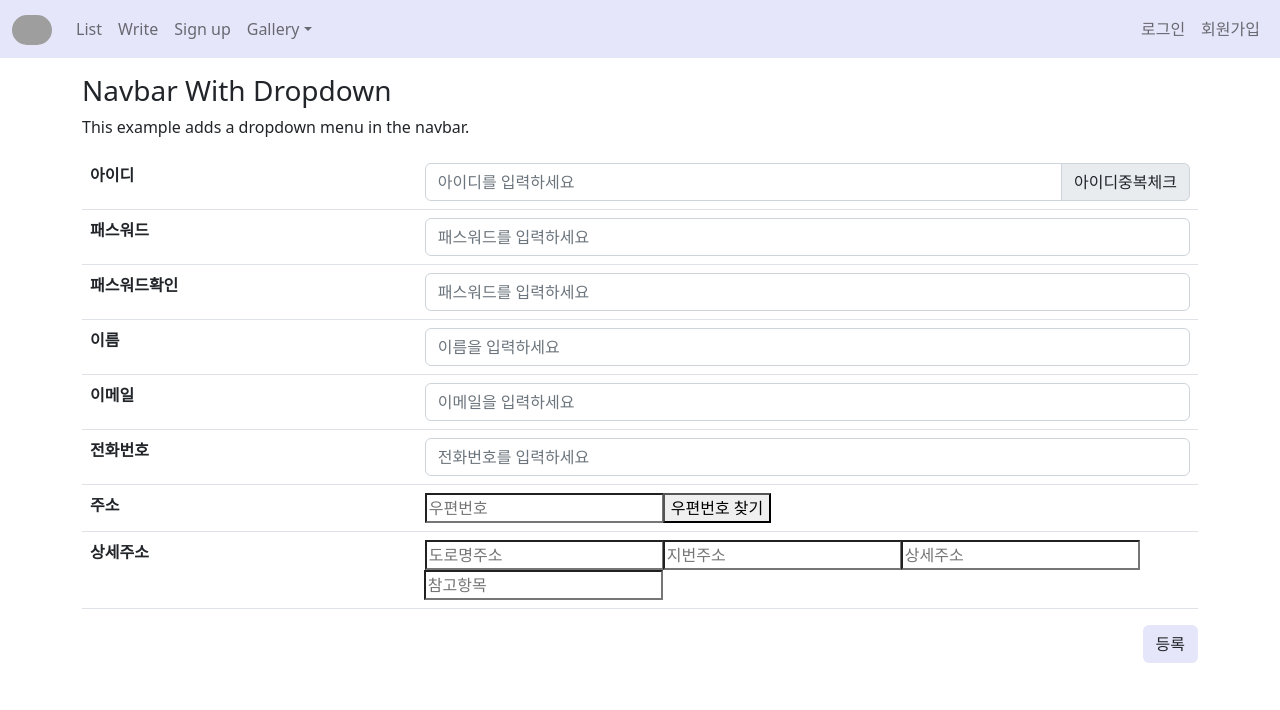
Repository: kwakhimoly/ws_backup
Page: http://localhost/myapp3/WEB-INF/views/member/member_write.jsp
These files come from the project's save history. The page is drawn as it stood at one moment and after the next save; the edit follows.
The browser window is 1280 px wide. The pictures show the whole page.
Pictures or frames that could not be fetched are drawn as grey boxes. The page is served by Tomcat 9. Nobody is signed in. Other server files are loaded and not shown. The template is opened directly, without the code that normally fills it, so the values that code supplies are empty.

Above is the page before, as saved 2023-02-13 06:21:44.

### spws/myapp3/src/main/webapp/WEB-INF/views/member/member_write.jsp
<%@ page language="java" contentType="text/html; charset=UTF-8"
	pageEncoding="UTF-8"%>
<!DOCTYPE html>
<html>
<head>
<meta charset="UTF-8">
<title>Insert title here</title>
<meta name="viewport" content="width=device-width, initial-scale=1">
<link
	href="https://cdn.jsdelivr.net/npm/bootstrap@5.2.3/dist/css/bootstrap.min.css"
	rel="stylesheet">
<script src="https://cdn.jsdelivr.net/npm/bootstrap@5.2.3/dist/js/bootstrap.bundle.min.js"></script>
<script src="https://ajax.googleapis.com/ajax/libs/jquery/3.6.1/jquery.min.js"></script>
<script src="//t1.daumcdn.net/mapjsapi/bundle/postcode/prod/postcode.v2.js"></script>
</head>
<body>
	<form name="myform" id="myform">
		<input type="hidden" name="idcheck" id="idcheck" value="N">
		<!-- 메뉴 -->
		<%@ include file="../include/navbar.jsp"%>



		<div class="container mt-3">
			<h3>Navbar With Dropdown</h3>
			<p>This example adds a dropdown menu in the navbar.</p>


			<table class="table">
				<colgroup>
					<col width="30%">
					<col width="*">
				</colgroup>
				<tbody>
					<tr>
						<th>아이디</th>
						<td>
							<div class="input-group">
								<input type="text" class="form-control" placeholder="아이디를 입력하세요"
									name="user_id" id="user_id"> <button type="button"
									class="input-group-text" onclick="goIdcheck()">아이디중복체크</button>
							</div>
						</td>
					</tr>
					<tr>
						<th>패스워드</th>
						<td>
							<div class="input-group">
								<input type="password" class="form-control"
									placeholder="패스워드를 입력하세요" name="password" id="password">
							</div>
						</td>
					</tr>
					<tr>
						<th>패스워드확인</th>
						<td>
							<div class="input-group">
								<input type="password" class="form-control"
									placeholder="패스워드를 입력하세요" name="password2" id="password2">
							</div>
						</td>
					</tr>
					<tr>
						<th>이름</th>
						<td>
							<div class="input-group">
								<input type="text" class="form-control" placeholder="이름을 입력하세요"
									name="user_name" id="user_name">
							</div>
						</td>
					</tr>
					<tr>
						<th>이메일</th>
						<td>
							<div class="input-group">
								<input type="email" class="form-control" placeholder="이메일을 입력하세요"
									name="email" id="email">
							</div>
						</td>
					</tr>
					<tr>
						<th>전화번호</th>
						<td>
							<div class="input-group">
								<input type="tel" class="form-control" placeholder="전화번호를 입력하세요"
									name="phone" id="phone">
							</div>
						</td>
					</tr>
					<tr>
						<th>주소</th>
						<td>
					<div class="input-group">
						<input type="text" id="sample4_postcode" placeholder="우편번호">
						<input type="button" onclick="sample4_execDaumPostcode()" value="우편번호 찾기">
					</div>
						</td>
					</tr>

					<tr>
						<th>상세주소</th>
						<td>
					<div class="input-group">
						<input type="text" id="sample4_roadAddress" placeholder="도로명주소">
						<input type="text" id="sample4_jibunAddress" placeholder="지번주소">
						<span id="guide" style="color:#999;display:none"></span>
						<input type="text" id="sample4_detailAddress" placeholder="상세주소">
						<input type="text" id="sample4_extraAddress" placeholder="참고항목">
					</div>
						</td>
					</tr>
				</tbody>
			</table>
		</div>

		</div>

		<div class="container" style="text-align: right">
			<button type="button" class="btn" style="background-color: lavender" onclick="goSave()">등록</button>
		</div>
	</form>
</body>


<script>
    //본 예제에서는 도로명 주소 표기 방식에 대한 법령에 따라, 내려오는 데이터를 조합하여 올바른 주소를 구성하는 방법을 설명합니다.
    function sample4_execDaumPostcode() {
        new daum.Postcode({
            oncomplete: function(data) {
                // 팝업에서 검색결과 항목을 클릭했을때 실행할 코드를 작성하는 부분.

                // 도로명 주소의 노출 규칙에 따라 주소를 표시한다.
                // 내려오는 변수가 값이 없는 경우엔 공백('')값을 가지므로, 이를 참고하여 분기 한다.
                var roadAddr = data.roadAddress; // 도로명 주소 변수
                var extraRoadAddr = ''; // 참고 항목 변수

                // 법정동명이 있을 경우 추가한다. (법정리는 제외)
                // 법정동의 경우 마지막 문자가 "동/로/가"로 끝난다.
                if(data.bname !== '' && /[동|로|가]$/g.test(data.bname)){
                    extraRoadAddr += data.bname;
                }
                // 건물명이 있고, 공동주택일 경우 추가한다.
                if(data.buildingName !== '' && data.apartment === 'Y'){
                   extraRoadAddr += (extraRoadAddr !== '' ? ', ' + data.buildingName : data.buildingName);
                }
                // 표시할 참고항목이 있을 경우, 괄호까지 추가한 최종 문자열을 만든다.
                if(extraRoadAddr !== ''){
                    extraRoadAddr = ' (' + extraRoadAddr + ')';
                }

                // 우편번호와 주소 정보를 해당 필드에 넣는다.
                document.getElementById('sample4_postcode').value = data.zonecode;
                document.getElementById("sample4_roadAddress").value = roadAddr;
                document.getElementById("sample4_jibunAddress").value = data.jibunAddress;

                // 참고항목 문자열이 있을 경우 해당 필드에 넣는다.
                if(roadAddr !== ''){
                    document.getElementById("sample4_extraAddress").value = extraRoadAddr;
                } else {
                    document.getElementById("sample4_extraAddress").value = '';
                }

                var guideTextBox = document.getElementById("guide");
                // 사용자가 '선택 안함'을 클릭한 경우, 예상 주소라는 표시를 해준다.
                if(data.autoRoadAddress) {
                    var expRoadAddr = data.autoRoadAddress + extraRoadAddr;
                    guideTextBox.innerHTML = '(예상 도로명 주소 : ' + expRoadAddr + ')';
                    guideTextBox.style.display = 'block';

                } else if(data.autoJibunAddress) {
                    var expJibunAddr = data.autoJibunAddress;
                    guideTextBox.innerHTML = '(예상 지번 주소 : ' + expJibunAddr + ')';
                    guideTextBox.style.display = 'block';
                } else {
                    guideTextBox.innerHTML = '';
                    guideTextBox.style.display = 'none';
                }
            }
        }).open();
    }

function goSave() {
	if($("#idcheck").val()=="N"){
		alert("아이디 중복체크를 하세요");
		$("#user_id").focus();
		return;
	}
	var frm = document.myform;
	frm.action="<%=request.getContextPath()%>/member/save";
//	$("#user_id").prop("disabled", false);
//		-> disabled 쓰고 싶은데 폼 전송으로 값 전달도 해야 하면 submit 전에 disabled 해제
	frm.submit();
}
function goIdcheck(){
	let user_id = $("#user_id").val().trim();

	if(user_id==""){
		alert("아이디를 입력하세요");
		$("#user_id").focus();
		return;
	}

	$.ajax({
		url:"<%=request.getContextPath()%>/member/idcheck",
		data: {"user_id":user_id},
		method: "POST",
		dataType: "JSON"
	})
	.done(function (response){
		if(response.result=="success"){
			$("#idcheck").val("Y");
			$("#user_id").prop("readonly", true);
			/*
			prop("disabled",true)로 하면 파라미터 값이 안 넘어감
			readonly : input type="text" 에만 가능. 사용자는 value 값을 변경할 수 없음.
			disabled : 모든 input 객체에 대하여 비활성화 처리 가능. Form 전송시 해당 객체는 전송이 안됨.
			*/
			alert("사용가능한 아이디입니다.");
		} else{
			alert("이미 사용중인 아이디입니다.");
		}
	})
	.fail(function (response, status, error){
		console.log(error);
	});
}
</script>
</html>

### spws/myapp3/src/main/webapp/WEB-INF/views/include/navbar.jsp
<%@ page language="java" contentType="text/html; charset=UTF-8"
	pageEncoding="UTF-8"%>
<!-- 메뉴 -->
<meta charset="UTF-8">
<!-- 한글 깨짐 방지 -->
<%
// 공통변수 CONTEXT 만들어 놓고 갖다 쓰기
String CONTEXT = request.getContextPath();
%>


<nav class="navbar navbar-expand-sm navbar-light" style="background-color: lavender">
	<div class="container-fluid">
		<a class="navbar-brand" href="<%=CONTEXT%>"> <img
			src="https://imjustcreative.com/wp-content/uploads/2015/11/Screenshot-2019-11-23-17.32.44.jpg" alt="Avatar Logo"
			style="width: 40px;" class="rounded-pill">
		</a>

		<button class="navbar-toggler" type="button" data-bs-toggle="collapse"
			data-bs-target="#collapsibleNavbar">
			<span class="navbar-toggler-icon"></span>
		</button>
		<div class="collapse navbar-collapse" id="collapsibleNavbar">
			<ul class="navbar-nav">
				<li class="nav-item"><a class="nav-link"
					href="<%=CONTEXT%>/board/list?pg=0">List</a></li>
				<li class="nav-item"><a class="nav-link"
					href="<%=CONTEXT%>/board/write">Write</a></li>
				<li class="nav-item"><a class="nav-link"
					href="<%=CONTEXT%>/member/write">Sign up</a></li>
				<li class="nav-item dropdown"><a
					class="nav-link dropdown-toggle" href="#" role="button"
					data-bs-toggle="dropdown">Gallery</a>
					<ul class="dropdown-menu">
						<li><a class="dropdown-item" href="<%=CONTEXT%>/gallery/list">Gallery list</a></li>
						<li><a class="dropdown-item" href="<%=CONTEXT%>/gallery/write">Gallery write</a></li>
						<li><a class="dropdown-item" href="#">A third link</a></li>
					</ul></li>
			</ul>
		</div>
		<%if(session.getAttribute("user_id")==null||session.getAttribute("user_id").equals("")) {%>
			<ul class="navbar-nav justify-content-end">
				<li class="nav-item">
				<a class="nav-link" href="<%=CONTEXT%>/member/login">로그인</a>
				</li>
				<li class="nav-item">
				<a class="nav-link" href="<%=CONTEXT%>/member/write">회원가입</a>
				</li>
			</ul>
		<%} else {%>
			<ul class="navbar-nav justify-content-end">
				<li class="nav-item">
				<a class="nav-link" href="#none"><%=session.getAttribute("user_name") %></a>
				</li>
				<li class="nav-item">
				<a class="nav-link" href="#none" onclick="goLogout()">로그아웃</a>
				</li>
			</ul>
		<%} %>
	</div>
</nav>
<script type="text/javascript">
function goLogout() {
	$.ajax({
		url:"<%=request.getContextPath()%>/member/logout",
		method:"POST",
		dataType:"JSON"
	})
	.done(function (response){
		alert(response.message);
		if(response.result=="success"){
			location.href="<%=request.getContextPath()%>/";
		}
	})
	.fail((response, status, error)=>{
		console.log(error);
	});
}

</script>

After the next save:
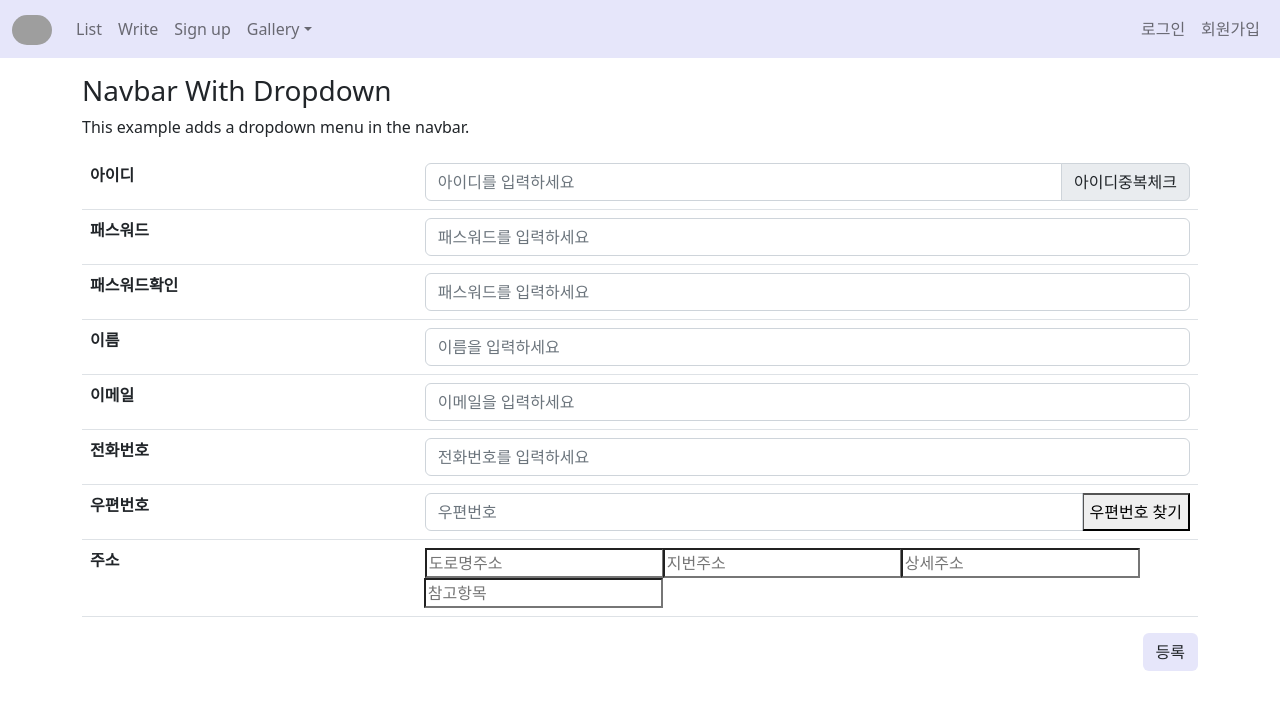
Saved 36 s later.
--- a/spws/myapp3/src/main/webapp/WEB-INF/views/member/member_write.jsp
+++ b/spws/myapp3/src/main/webapp/WEB-INF/views/member/member_write.jsp
@@ -88,17 +88,17 @@
 						</td>
 					</tr>
 					<tr>
-						<th>주소</th>
+						<th>우편번호</th>
 						<td>
 					<div class="input-group">
-						<input type="text" id="sample4_postcode" placeholder="우편번호">
+						<input type="text" class="form-control" id="sample4_postcode" placeholder="우편번호">
 						<input type="button" onclick="sample4_execDaumPostcode()" value="우편번호 찾기">
 					</div>
 						</td>
 					</tr>
 
 					<tr>
-						<th>상세주소</th>
+						<th>주소</th>
 						<td>
 					<div class="input-group">
 						<input type="text" id="sample4_roadAddress" placeholder="도로명주소">
